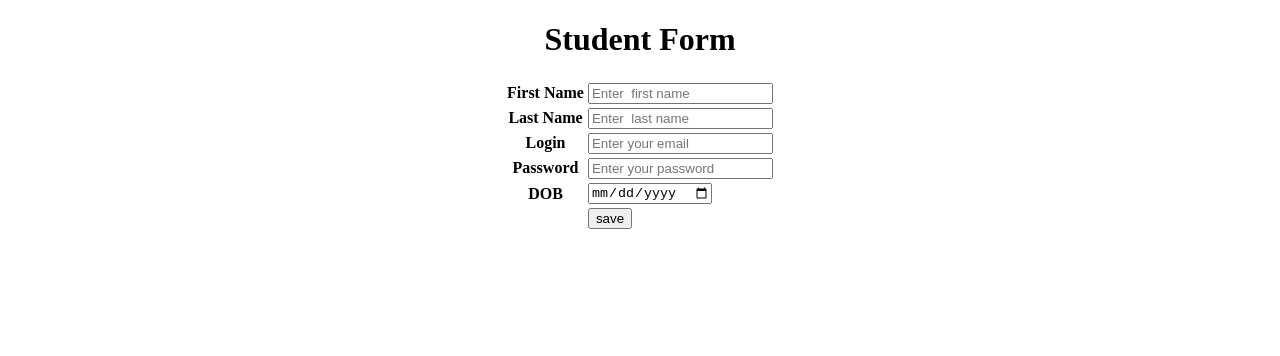
Repository: Sandeshyadav5/Advance-Java
Page: http://localhost/Web-Project-1/UserView.jsp
These files come from the project's save history. The page is drawn as it stood at one moment and after the next save; the edit follows.
The browser window is 1280 px wide. The pictures show the whole page.
The page is served by Tomcat 9. Nobody is signed in. The application's start-up code is not run. Other server files are loaded and not shown.

Above is the page before, as saved 2026-02-02 09:25:51.

### JspServelet_WorkSpace/Web-Project-1/WebContent/UserView.jsp
<%@ page language="java" contentType="text/html; charset=ISO-8859-1"
    pageEncoding="ISO-8859-1"%>
<!DOCTYPE html>
<html>
<head>
<meta charset="ISO-8859-1">
<title>Insert title here</title>
</head>
<body>
<div align="center">
<form action="UserCtl" method="post">
<h1>Student Form</h1>
<table>
<tr><th>First Name</th><td><input type="text" name="firstName" value="" placeholder="Enter  first name"></td></tr>
<tr><th>Last Name</th><td><input type="text" name="lastName" value="" placeholder="Enter  last name"></td></tr>
<tr><th>Login</th><td><input type="email" name="login" value="" placeholder="Enter your email"></td></tr>
<tr><th>Password</th><td><input type="password" name="password" value="" placeholder="Enter your password"></td></tr>
<tr><th>DOB</th><td><input type="date" name="dob" value="" ></td></tr>
<tr><th></th><td><input type="Submit" name="operation" value="save"></td></tr>
</table>
</form>
</div>
</body>
</html>

### JspServelet_WorkSpace/Web-Project-1/WebContent/header.jsp
<%@page import="com.rays.bean.UserBean"%>
<%@ page language="java" contentType="text/html; charset=ISO-8859-1"
	pageEncoding="ISO-8859-1"%>
<!DOCTYPE html>
<html>
<head>
<meta charset="ISO-8859-1">
<title>Insert title here</title>
</head>
<body>
	<%
	UserBean userBean = (UserBean) session.getAttribute("user");
	%>
	<%
	if (userBean != null) {
	%>
	<h3><%=" Hii, " + userBean.getFirstName()%></h3>
	<a href="LoginCtl?operation=logout">Logout</a>
	<a href="UserCtl">Add User</a>
	<a href="UserListCtl">User list</a>
	<%
	} else {
	%>
	<h3>Hii, Guest"</h3>
	<a href="LoginCtl">Login</a> &nbsp
	<a href="WelcomeCtl">Welcome</a> &nbsp
	<%
 }
 %>
	<hr>
</body>
</html>

After the next save:
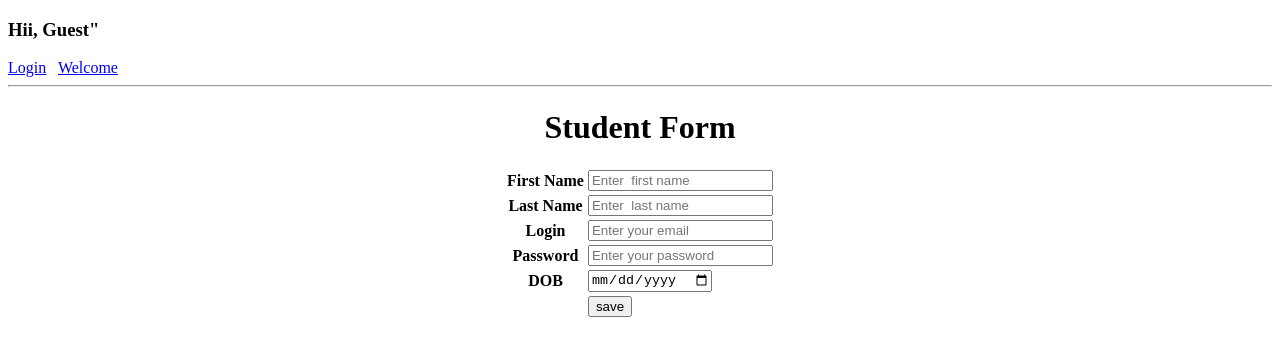
Saved 2 min 54 s later.
--- a/JspServelet_WorkSpace/Web-Project-1/WebContent/UserView.jsp
+++ b/JspServelet_WorkSpace/Web-Project-1/WebContent/UserView.jsp
@@ -7,6 +7,8 @@
 <title>Insert title here</title>
 </head>
 <body>
+<%@ include file="header.jsp"%>
+
 <div align="center">
 <form action="UserCtl" method="post">
 <h1>Student Form</h1>
